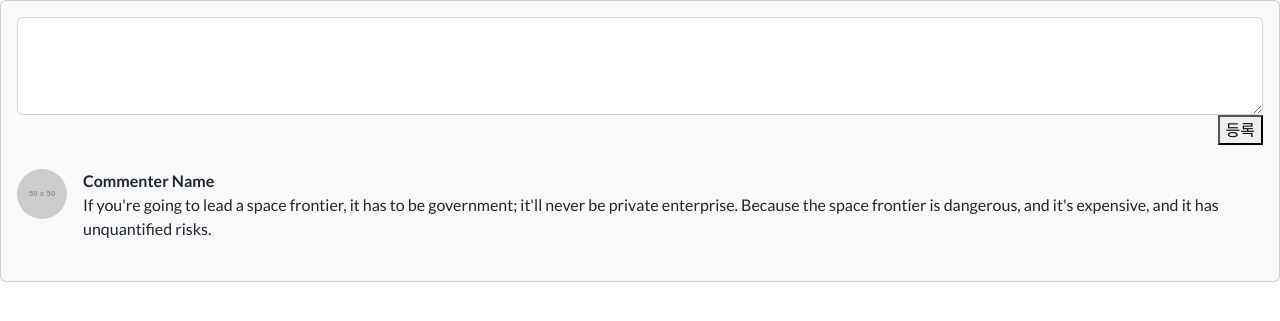
Repository: cmg9707/Devfox-spring-project
Page: http://localhost/DevJUS/WEB-INF/views/JUS/TestComment.jsp
These files come from the project's save history. The page is drawn as it stood at one moment and after the next save; the edit follows.
The browser window is 1280 px wide. The pictures show the whole page.
The page is served by Tomcat 9. Nobody is signed in. Other server files are loaded and not shown. The template is opened directly, without the code that normally fills it, so the values that code supplies are empty.

Above is the page before, as saved 2023-04-11 01:08:34.

### DevJUS/src/main/webapp/WEB-INF/views/JUS/TestComment.jsp
<%@ page language="java" contentType="text/html; charset=UTF-8"
    pageEncoding="UTF-8"%>
<!DOCTYPE html>
<html>
<head>
<meta charset="UTF-8">
		<!-- Bootstrap ! -->
  		<link href="https://cdn.jsdelivr.net/npm/bootstrap@5.3.0-alpha3/dist/css/bootstrap.min.css" rel="stylesheet" integrity="sha384-KK94CHFLLe+nY2dmCWGMq91rCGa5gtU4mk92HdvYe+M/SXH301p5ILy+dN9+nJOZ" crossorigin="anonymous">
        <script src="https://cdn.jsdelivr.net/npm/bootstrap@5.3.0-alpha3/dist/js/bootstrap.bundle.min.js" integrity="sha384-ENjdO4Dr2bkBIFxQpeoTz1HIcje39Wm4jDKdf19U8gI4ddQ3GYNS7NTKfAdVQSZe" crossorigin="anonymous"></script>
        <!-- Google fonts-->
        <link href="https://fonts.googleapis.com/css?family=Lato:300,400,700,300italic,400italic,700italic" rel="stylesheet" type="text/css" />
        <!-- Core theme CSS (includes Bootstrap)-->
        <link rel="stylesheet" href="/resources/css/styles.css">
<title>Insert title here</title>
</head>
<body>
	 <!-- Comments section-->
         <section class="mb-5">
            <div class="card bg-light">
               <div class="card-body">
                  <!-- Comment form-->
                     <form class="mb-4"><textarea class="form-control" rows="3" ></textarea>
                          <div style="text-align: right;">
                           <button type="button">등록</button>
                            </div>
                       </form>
                         <!-- Comment with nested comments-->

                         <div class="d-flex mb-4">
                              <!-- Parent comment-->
                          <div class="flex-shrink-0"><img class="rounded-circle" src="https://dummyimage.com/50x50/ced4da/6c757d.jpg" alt="..." /></div>
                                <div class="ms-3">
                                   <div class="fw-bold">Commenter Name</div>
                                        If you're going to lead a space frontier, it has to be government; it'll never be private enterprise. Because the space frontier is dangerous, and it's expensive, and it has unquantified risks.
                                    </div>
                                </div>

                            </div>
                        </div>
                    </section>
</body>
</html>

Loaded but not shown: DevJUS/src/main/webapp/resources/css/styles.css (library)

After the next save:
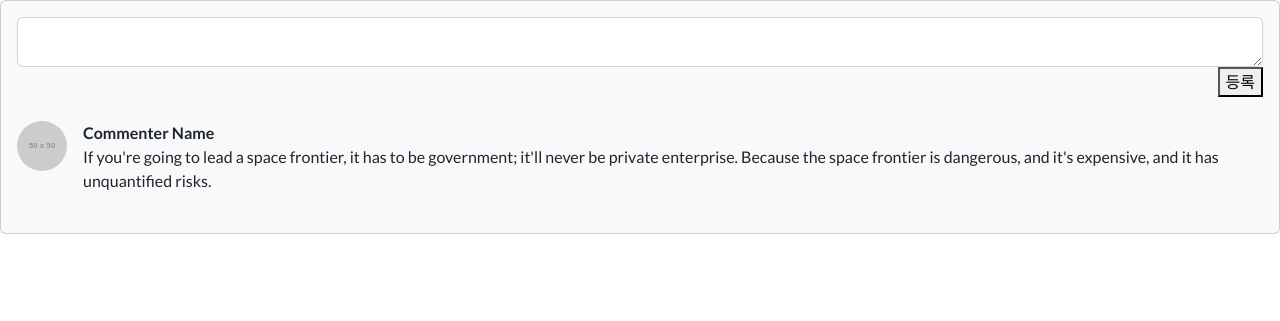
Saved 51 s later.
--- a/DevJUS/src/main/webapp/WEB-INF/views/JUS/TestComment.jsp
+++ b/DevJUS/src/main/webapp/WEB-INF/views/JUS/TestComment.jsp
@@ -19,7 +19,7 @@
             <div class="card bg-light">
                <div class="card-body">
                   <!-- Comment form-->
-                     <form class="mb-4"><textarea class="form-control" rows="3" ></textarea>
+                     <form class="mb-4"><textarea class="form-control" rows="1" ></textarea>
                           <div style="text-align: right;">
                            <button type="button">등록</button>
                             </div>
